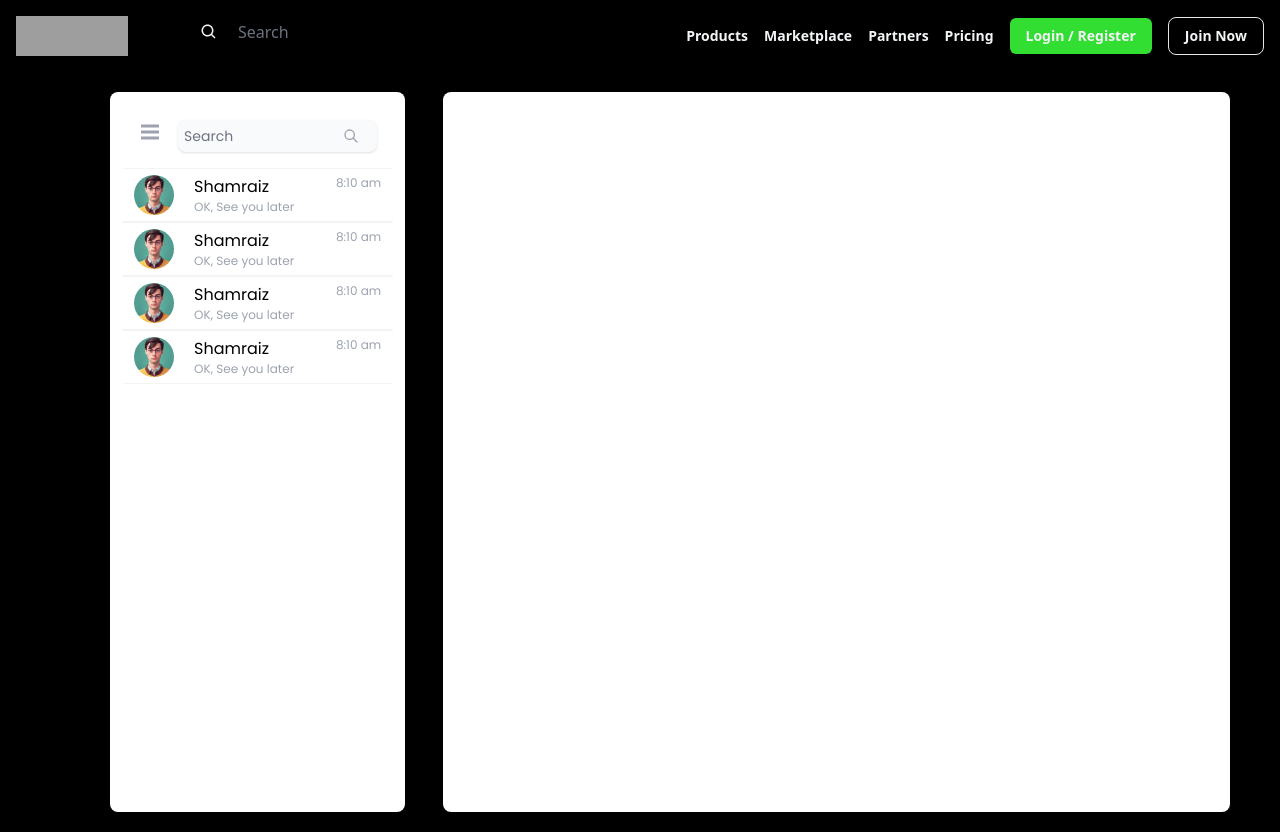
Repository: Shamraiz761/Frontend-Assessment
Page: /chat
An editor plug-in stored every save of this project. The page is shown before and after the next save, followed by the edit.
The browser window is 1280 px wide. The pictures show the whole page.
Pictures or frames that could not be fetched are drawn as grey boxes. The project was rebuilt for these pictures with package versions that can differ from the ones it lists, and the page was loaded fresh each time. Also part of the build but not shown: vite.config.js, src/routes/index.css, src/routes/root.jsx, src/components/chat/userChat.jsx, src/pages/chat/index.jsx.

Above is the page before, as saved 2023-07-06 14:17:35.

### src/main.jsx
import ReactDOM from 'react-dom/client'

import React from 'react'

import App from './App.jsx'
import './index.css'

ReactDOM.createRoot(document.getElementById('root')).render(
  <React.StrictMode>
    <App />
  </React.StrictMode>,
)

### src/App.jsx
import React from 'react'
import { DndProvider } from 'react-dnd'
import { HTML5Backend } from 'react-dnd-html5-backend'
import 'flowbite'

import AppRoutes from './routes'

export default function App() {
  return (
    <DndProvider backend={HTML5Backend}>
      <AppRoutes />
    </DndProvider>
  )
}

### src/index.css
@import url("https://fonts.googleapis.com/css2?family=Poppins:wght@400;500;600;700;800;900&display=swap");

@tailwind base;
@tailwind components;
@tailwind utilities;

* {
  margin: 0;
  padding: 0;
}

body {
  margin: 0;
  font-family: "Poppins", -apple-system, BlinkMacSystemFont, "Segoe UI",
    "Roboto", "Oxygen", "Ubuntu", "Cantarell", "Fira Sans", "Droid Sans",
    "Helvetica Neue", sans-serif;
  -webkit-font-smoothing: antialiased;
  -moz-osx-font-smoothing: grayscale;
  width: 100vw;
  overflow-x: hidden;
  background-color: black;
  /* background: linear-gradient(180deg, #faefe8 0%, #edc7ac 100%); */
}

code {
  font-family: source-code-pro, Menlo, Monaco, Consolas, "Courier New",
    monospace;
}

.pointer-cursor {
  cursor: pointer;
}

.cusBorder {
  border: 1px solid #000;
  border-radius: 5px;
}

img {
  cursor: pointer;
}
.errors {
  color: #dc3545;
  padding: 0;
  margin: 0;
  font-size: 12px;
}
.loader {
  position: fixed;
  top: 0;
  bottom: 0;
  left: 0;
  right: 0;
  background-color: rgba(47, 151, 161, 0.32);

  display: flex;
  justify-content: center;
  align-items: center;
}

.link {
  color: #000;
  cursor: pointer;
  text-decoration: none;
}
.link:hover {
  color: #000;
}

.trans-btn {
  background-color: transparent;
  border: none;
}
.profile-logout-btn {
  border: 0;
}
.profile-logout-btn:hover {
  border: 0;
}
.profile-btn {
  border-radius: 0;
  border: 0;
}
.logout-btn {
  border-radius: 0;
  border: 0;
}
.logout-btn:hover {
  background-color: rgba(220, 53, 69, 0.5);
  border: 0;
  color: #fff;
}
.breadcrumbs ul {
  list-style: none;
  display: inline-block;
}

.breadcrumbs ul li {
  display: inline;
}

.breadcrumbs ul li .bc-link {
  /* display: block; */
  width: max-content;
  background-color: #f8f9fa;
  padding: 6px 15px 6px 25px;
  text-align: center;
  position: relative;
  margin: 0 10px 0 0;
  font-size: 15px;
  text-decoration: none;
  color: #000;
}
.breadcrumbs ul li .bc-link::after {
  content: "";
  border-top: 17px solid transparent;
  border-bottom: 17px solid transparent;
  border-left: 17px solid #f8f9fa;
  position: absolute;
  top: 0;
  right: -17px;
  z-index: 1;
}
.breadcrumbs ul li .bc-link::before {
  content: "";
  border-top: 17px solid transparent;
  border-bottom: 17px solid transparent;
  border-left: 17px solid #71cdd5;
  position: absolute;
  top: 0;
  left: 0;
}
.breadcrumbs ul li:first-child .bc-link {
  border-top-left-radius: 5px;
  border-bottom-left-radius: 5px;
}
.breadcrumbs ul li:first-child .bc-link::before {
  display: none;
}

.breadcrumbs ul li:last-child .bc-link {
  padding-right: 20px;
  border-top-right-radius: 5px;
  border-bottom-right-radius: 5px;
}
.breadcrumbs ul li:last-child .bc-link::after {
  display: none;
}

@media screen and (max-width: 500px) {
  .breadcrumbs ul li .bc-link {
    /* display: block; */
    padding: 2px 2px 2px 13px;
    /* margin: 0 10px 0 0; */
    font-size: 14px;
  }

  .breadcrumbs ul li .bc-link::after {
    content: "";
    border-top: 11.6px solid transparent;
    border-bottom: 11.6px solid transparent;
    border-left: 11.6px solid #f8f9fa;
    position: absolute;
    top: 0;
    right: -11.6px;
    z-index: 1;
  }
  .breadcrumbs ul li .bc-link::before {
    content: "";
    border-top: 11.6px solid transparent;
    border-bottom: 11.6px solid transparent;
    border-left: 11.6px solid #71cdd5;
    position: absolute;
    top: 0;
    left: 0;
  }
  .breadcrumbs ul li:last-child .bc-link {
    padding-right: 5px;
  }
}

@media screen and (max-width: 350px) {
  .breadcrumbs ul li .bc-link {
    /* display: block; */
    padding: 2px 2px 2px 12px;
    /* margin: 0 10px 0 0; */
    font-size: 10px;
  }

  .breadcrumbs ul li .bc-link::after {
    content: "";
    border-top: 9px solid transparent;
    border-bottom: 9px solid transparent;
    border-left: 9px solid #f8f9fa;
    position: absolute;
    top: 0;
    right: -9px;
    z-index: 1;
  }
  .breadcrumbs ul li .bc-link::before {
    content: "";
    border-top: 9px solid transparent;
    border-bottom: 9px solid transparent;
    border-left: 9px solid #edc7ac;
    position: absolute;
    top: 0;
    left: 0;
  }
  .breadcrumbs ul li:last-child .bc-link {
    padding-right: 5px;
  }
}

/* ********************************************** */

### src/routes/index.jsx
import {
  createBrowserRouter,
  createRoutesFromElements,
  RouterProvider,
  Route,
} from "react-router-dom";

import * as React from "react";

import Layout from "./layout";
import Root from "./root";

import Chat from "../pages/chat";
import UserChat from "../components/chat/userChat";

import ChatLayout from "./chatLayout";

export default function AppRoutes() {
  const router = createBrowserRouter(
    createRoutesFromElements(
      <Route>
        <Route element={<Layout />}>
          <Route path="/chat" element={<ChatLayout />}>
            {/* <Route path="" element={<Chat />} /> */}
            <Route path=":id" element={<Chat />} />
          </Route>
        </Route>
      </Route>
    )
  );

  return <RouterProvider router={router} />;
}

### src/routes/layout.jsx
import { Link, Outlet, useLocation, useNavigate } from "react-router-dom";
import { Gi3DGlasses } from "react-icons/gi";
import { CgProfile } from "react-icons/cg";
import { BsArrowLeft, BsFillChatSquareTextFill } from "react-icons/bs";
import { MdOutlineDashboard, MdOutlineCastForEducation } from "react-icons/md";
import "./index.css";

import React, { useState } from "react";
import Header from "../components/header/index";

export default function Layout() {
  const [open, setOpen] = useState(false);
  const [type, setType] = useState(false);
  const navigate = useNavigate();

  const { pathname } = useLocation();

  const sc =
    "rounded-md text-xs flex items-center gap-x-4 cursor-pointer bg-gray-50 text-blue-500 py-4 p-2";
  const uc =
    "rounded-md text-gray-500  text-xs flex items-center gap-x-4 cursor-pointer hover:bg-gray-50 hover:text-blue-500 py-4 p-2";

  return (
    <div>
      <Header />

      <div className={`${open ? "ml-56" : "ml-[60px]"}`}>
        <Outlet />
      </div>
    </div>
  );
}

### src/routes/chatLayout.jsx
import React, { useEffect } from "react";
import { Outlet, useParams } from "react-router-dom";
import chats from "../data/chat";
import ChatsCard from "../components/chat/chatsCard";
import { VscThreeBars } from "react-icons/vsc";

function ChatLayout() {
  const [open, setOpen] = React.useState(true);
  const [filtered, setFiltered] = React.useState(chats);

  const [search, setSearch] = React.useState("");
  const [selected, setSelected] = React.useState("");

  return (
    <div className={`m-1 md:m-5 justify-evenly flex flex-wrap gap-2`}>
      <div
        className={`w-full ${
          open ? "md:w-3/12" : "md:w-2/12 lg:w-1/12"
        } p-3 bg-white rounded-lg shadow-lg min-h-screen ${
          !!selected && "hidden md:block"
        } `}
      >
        <form className="m-4">
          <div className="flex items-center">
            <button type="button" onClick={() => setOpen(!open)}>
              <VscThreeBars className="mr-4 mb-2  rounded-lg text-gray-400 cursor-pointer text-2xl" />
            </button>
            <div className={`w-full ${open ? "relative" : "hidden"}`}>
              <input
                type="search"
                id='location-search"'
                className=" p-1.5 w-full focus:ring-gray-300  z-20 text-sm text-gray-800 bg-gray-50 shadow rounded-lg"
                placeholder="Search"
                required
                style={{ border: "none", outline: "none" }}
                value={search}
                onChange={(e) => {
                  setSearch(e.target.value);
                  setFiltered(
                    chats.filter((chat) =>
                      chat.name
                        .toLowerCase()
                        .includes(e.target.value.toLowerCase())
                    )
                  );
                }}
              />

              <button
                type="submit"
                className="absolute top-0 right-0 p-1.5 text-sm font-medium text-gray-400  rounded-r-lg   "
              >
                <svg
                  aria-hidden="true"
                  className="w-4 h-4 mr-3 mt-0.5"
                  fill="none"
                  stroke="currentColor"
                  viewBox="0 0 24 24"
                  xmlns="http://www.w3.org/2000/svg"
                >
                  <path
                    strokeLinecap="round"
                    strokeLinejoin="round"
                    strokeWidth={2}
                    d="M21 21l-6-6m2-5a7 7 0 11-14 0 7 7 0 0114 0z"
                  />
                </svg>
                <span className="sr-only">Search</span>
              </button>
            </div>
          </div>
        </form>
        {filtered.map((chat) => (
          <ChatsCard
            key={chat.id}
            chat={chat}
            selected={selected}
            setSelected={setSelected}
            // setMessages={setMessages}
            open={open}
          />
        ))}
      </div>
      <div
        className={`w-full ${
          open ? "md:w-8/12 " : " md:w-9/12 lg:w-10/12 "
        } p-3  bg-white rounded-lg shadow-lg min-h-screen flex flex-col relative`}
      >
        <Outlet />
      </div>
    </div>
  );
}

export default ChatLayout;

### src/components/header/index.jsx
import { IoIosNotifications } from "react-icons/io";
import { Dropdown } from "flowbite-react";
import { BiSearch } from "react-icons/bi";

import React from "react";
import { Link } from "react-router-dom";

function Header() {
  const [notification, setNotification] = React.useState(false);
  const [profile, setProfile] = React.useState(false);

  return (
    <div>
      {/* component */}

      <div class="bg-gray-100 font-sans w-full  m-0">
        <div class="bg-black text-gray-100 shadow">
          <div class="container mx-auto px-4">
            <div class="flex items-center justify-between py-4">
              <div className="flex flex-row justify-between">
                <img
                  src="https://envoycan.com/wp-content/uploads/2023/06/Asset-31@4x-e1686576126889.png"
                  class="w-28 h-10 text-white mr-16"
                />

                <div className="hidden sm:block flex-shrink flex-grow-0 justify-start px-2">
                  <div className="inline-block">
                    <div className="flex flex-row items-center max-w-full">
                      <BiSearch className="mr-2 text-gray-100 text-lg" />
                      <input
                        className="flex items-center bg-black text-gray-100 justify-between  flex-grow-0  relative w-72 border-none  py-1"
                        type="search"
                        placeholder="Search"
                      />

                      <div className="flex items-center justify-center relative  h-8 w-24 rounded-full"></div>
                    </div>
                  </div>
                </div>
              </div>

              <div className="flex flex-row">
                <div class="hidden sm:flex sm:items-center mr-4">
                  <a
                    href="#"
                    class="text-gray-100 text-sm font-semibold hover:text-purple-600 mr-4"
                  >
                    Products
                  </a>
                  <a
                    href="#"
                    class="text-gray-100 text-sm font-semibold hover:text-purple-600 mr-4"
                  >
                    Marketplace
                  </a>
                  <a
                    href="#"
                    class="text-gray-100 text-sm font-semibold hover:text-purple-600 mr-4"
                  >
                    Partners
                  </a>
                  <a
                    href="#"
                    class="text-gray-100 text-sm font-semibold hover:text-purple-600"
                  >
                    Pricing
                  </a>
                </div>

                <div class="hidden sm:flex sm:items-center">
                  <a
                    href="#"
                    class="text-gray-100 bg-[#33de33] rounded-md px-4 py-2 text-sm font-semibold hover:text-purple-600 mr-4"
                  >
                    Login / Register
                  </a>
                  <a
                    href="#"
                    class="text-gray-100 text-sm font-semibold border px-4 py-2 rounded-lg hover:text-purple-600 hover:border-purple-600"
                  >
                    Join Now
                  </a>
                </div>
              </div>
              <div class="sm:hidden cursor-pointer">
                <svg
                  xmlns="http://www.w3.org/2000/svg"
                  class="w-6 h-6 text-purple-600"
                  viewBox="0 0 24 24"
                >
                  <path
                    fill="currentColor"
                    d="M12.9499909,17 C12.7183558,18.1411202 11.709479,19 10.5,19 C9.29052104,19 8.28164422,18.1411202 8.05000906,17 L3.5,17 C3.22385763,17 3,16.7761424 3,16.5 C3,16.2238576 3.22385763,16 3.5,16 L8.05000906,16 C8.28164422,14.8588798 9.29052104,14 10.5,14 C11.709479,14 12.7183558,14.8588798 12.9499909,16 L20.5,16 C20.7761424,16 21,16.2238576 21,16.5 C21,16.7761424 20.7761424,17 20.5,17 L12.9499909,17 Z M18.9499909,12 C18.7183558,13.1411202 17.709479,14 16.5,14 C15.290521,14 14.2816442,13.1411202 14.0500091,12 L3.5,12 C3.22385763,12 3,11.7761424 3,11.5 C3,11.2238576 3.22385763,11 3.5,11 L14.0500091,11 C14.2816442,9.85887984 15.290521,9 16.5,9 C17.709479,9 18.7183558,9.85887984 18.9499909,11 L20.5,11 C20.7761424,11 21,11.2238576 21,11.5 C21,11.7761424 20.7761424,12 20.5,12 L18.9499909,12 Z M9.94999094,7 C9.71835578,8.14112016 8.70947896,9 7.5,9 C6.29052104,9 5.28164422,8.14112016 5.05000906,7 L3.5,7 C3.22385763,7 3,6.77614237 3,6.5 C3,6.22385763 3.22385763,6 3.5,6 L5.05000906,6 C5.28164422,4.85887984 6.29052104,4 7.5,4 C8.70947896,4 9.71835578,4.85887984 9.94999094,6 L20.5,6 C20.7761424,6 21,6.22385763 21,6.5 C21,6.77614237 20.7761424,7 20.5,7 L9.94999094,7 Z M7.5,8 C8.32842712,8 9,7.32842712 9,6.5 C9,5.67157288 8.32842712,5 7.5,5 C6.67157288,5 6,5.67157288 6,6.5 C6,7.32842712 6.67157288,8 7.5,8 Z M16.5,13 C17.3284271,13 18,12.3284271 18,11.5 C18,10.6715729 17.3284271,10 16.5,10 C15.6715729,10 15,10.6715729 15,11.5 C15,12.3284271 15.6715729,13 16.5,13 Z M10.5,18 C11.3284271,18 12,17.3284271 12,16.5 C12,15.6715729 11.3284271,15 10.5,15 C9.67157288,15 9,15.6715729 9,16.5 C9,17.3284271 9.67157288,18 10.5,18 Z"
                  />
                </svg>
              </div>
            </div>

            <div class="block sm:hidden bg-black border-t-2 py-2">
              <div class="flex flex-col">
                <a
                  href="#"
                  class="text-gray-100 text-sm font-semibold hover:text-purple-600 mb-1"
                >
                  Products
                </a>
                <a
                  href="#"
                  class="text-gray-100 text-sm font-semibold hover:text-purple-600 mb-1"
                >
                  Marketplace
                </a>
                <a
                  href="#"
                  class="text-gray-100 text-sm font-semibold hover:text-purple-600 mb-1"
                >
                  Partners
                </a>
                <a
                  href="#"
                  class="text-gray-100 text-sm font-semibold hover:text-purple-600 mb-1"
                >
                  Pricing
                </a>
                <div class="flex justify-between items-center border-t-2 pt-2">
                  <a
                    href="#"
                    class="text-gray-100 text-sm font-semibold hover:text-purple-600 mr-4"
                  >
                    Sign in
                  </a>
                  <a
                    href="#"
                    class="text-gray-100 text-sm font-semibold border px-4 py-1 rounded-lg hover:text-purple-600 hover:border-purple-600"
                  >
                    Sign up
                  </a>
                </div>
              </div>
            </div>
          </div>
        </div>
      </div>
    </div>
  );
}

export default Header;

### src/components/chat/chatsCard.jsx
import React from "react";

import Profile from "../../assets/images/profilePic.jpg";

function ChatsCard() {
  return (
    <div className="flex flex-row px-3 py-1.5  border-y border-gray-100 rounded-sm hover:bg-blue-200">
      <img src={Profile} className="h-10 w-10 rounded-full" />
      <div className="ml-5 flex flex-row justify-between w-full ">
        <div>
          {" "}
          <h1>Shamraiz</h1>{" "}
          <p className="text-xs font-thin text-gray-400">OK, See you later</p>
        </div>
        <p className="text-xs font-thin text-gray-400">8:10 am</p>
      </div>
    </div>
  );
}

export default ChatsCard;

### tailwind.config.cjs
const colors = require('tailwindcss/colors');
const defaultTheme = require('tailwindcss/defaultTheme');

module.exports = {
  content: ['./src/**/*.{js,jsx,ts,tsx}', "node_modules/flowbite/**/*.js"],
  theme: {
    extend: {
      colors: {
        // set primary color from figma
        // primary: {
        // },
      },
      fontFamily: {
        poppins: ['Poppins', ...defaultTheme.fontFamily.sans],
      },
      fontSize: {
        xxs: '0.5rem',
      },
    },
  },
  plugins: [
    require('flowbite/plugin')
  ],

};

Loaded but not shown: index.html (common file); src/data/chat.js (279 lines, source omitted)

After the next save:
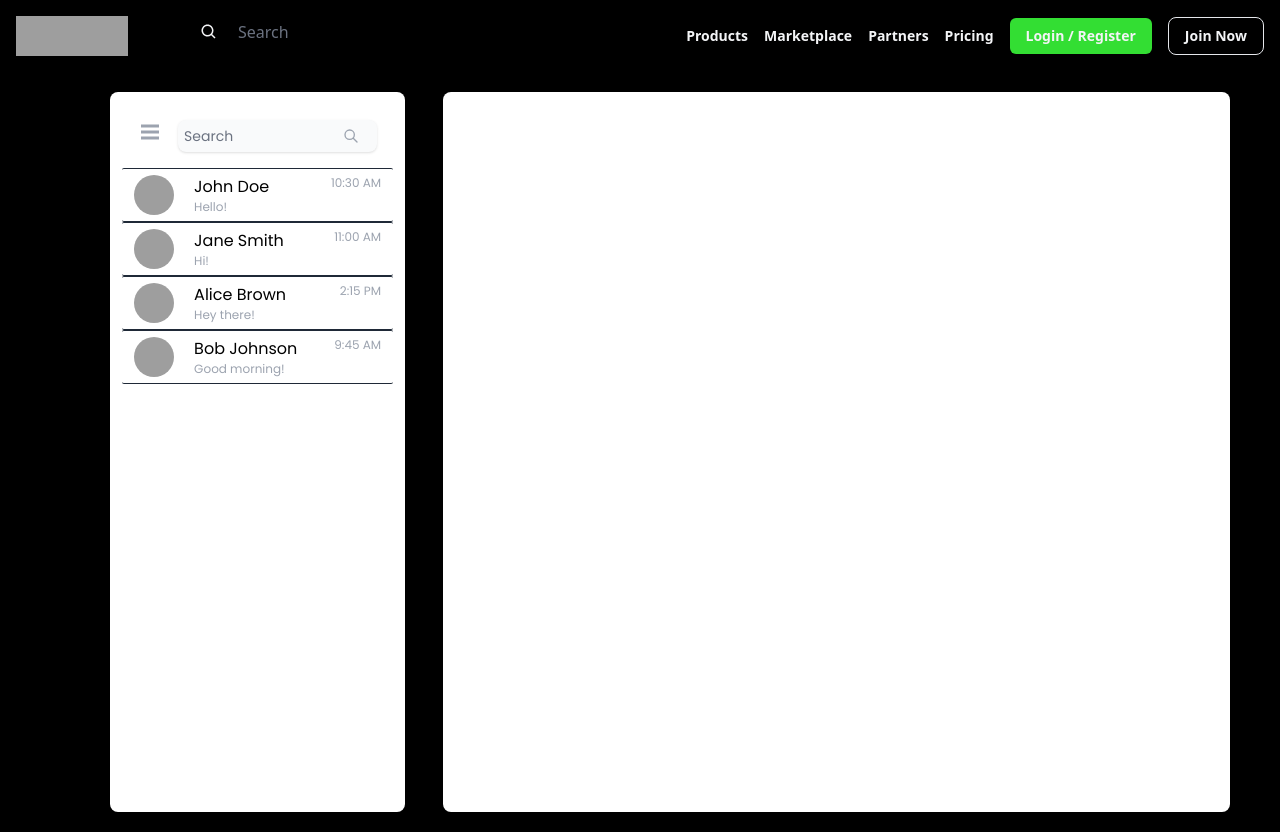
Saved 2 min 9 s later.
--- a/src/components/chat/chatsCard.jsx
+++ b/src/components/chat/chatsCard.jsx
@@ -1,18 +1,41 @@
 import React from "react";
+import { useNavigate } from "react-router-dom";
 
-import Profile from "../../assets/images/profilePic.jpg";
+function ChatsCard({ chat, selected, setSelected, ass, open }) {
+  const isSelected = selected?.id === chat?.id;
+  const navigate = useNavigate();
 
-function ChatsCard() {
+  const uc =
+    "flex flex-row items-center justify-center px-3 py-1.5  border-y border-gray-800 rounded-sm hover:bg-blue-200 cursor-pointer";
+  const sc =
+    "flex flex-row px-3 py-1.5 justify-center  border-y border-gray-100 rounded-sm bg-blue-200 cursor-pointer";
+
   return (
-    <div className="flex flex-row px-3 py-1.5  border-y border-gray-100 rounded-sm hover:bg-blue-200">
-      <img src={Profile} className="h-10 w-10 rounded-full" />
-      <div className="ml-5 flex flex-row justify-between w-full ">
+    <div
+      onClick={() => {
+        setSelected(chat);
+        navigate(`/chat/${chat.id}`);
+
+        // setMessages(chat.messages)
+      }}
+      className={isSelected ? sc : uc}
+    >
+      <img
+        src={"https://i.pravatar.cc/300"}
+        className="h-10 w-10 rounded-full"
+      />
+
+      <div
+        className={`ml-5 flex-row justify-between w-full ${
+          open ? "flex" : "hidden"
+        } `}
+      >
         <div>
           {" "}
-          <h1>Shamraiz</h1>{" "}
-          <p className="text-xs font-thin text-gray-400">OK, See you later</p>
+          <h1>{chat?.name}</h1>{" "}
+          <p className="text-xs font-thin text-gray-400">{chat?.lastMessage}</p>
         </div>
-        <p className="text-xs font-thin text-gray-400">8:10 am</p>
+        <p className="text-xs font-thin text-gray-400">{chat?.time}</p>
       </div>
     </div>
   );
